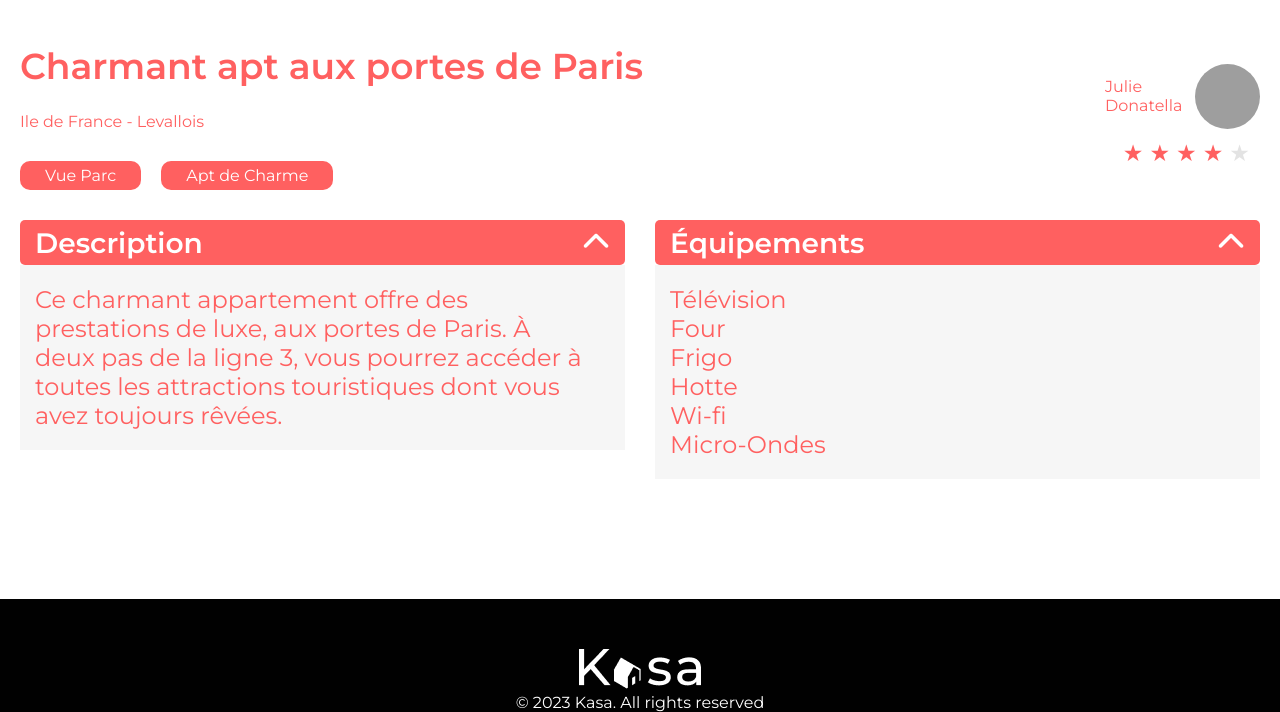
Repository: Ascaris29/Kasa_oc
Page: /logement/1e180563 (app in kasa_project/)
An editor plug-in stored every save of this project. The page is shown before and after the next save, followed by the edit.
The browser window is 1280 px wide. The pictures show the part of the page from y = 552 to 1264 px (the page is 1264 px tall).
Pictures or frames that could not be fetched are drawn as grey boxes. Some web libraries are served in a nearby version. The project was rebuilt for these pictures with package versions that can differ from the ones it lists, and the page was loaded fresh each time. Also part of the build but not shown: kasa_project/src/pages/404/404.module.scss, kasa_project/src/pages/404/404.js, kasa_project/src/pages/a_propos/APropos.module.scss, kasa_project/src/pages/a_propos/APropos.js, kasa_project/src/pages/homepage/Homepage.module.scss, kasa_project/src/pages/homepage/components/CardLogement.module.scss, kasa_project/src/pages/homepage/components/CardLogement.js, kasa_project/src/pages/homepage/Homepage.js.

Above is the page before, as saved 2023-03-18 16:33:06.

### kasa_project/public/index.html
<!DOCTYPE html>
<html lang="fr">
  <head>
    <meta charset="utf-8" />
    <link rel="icon" href="%PUBLIC_URL%/favicon.ico" />
    <meta name="viewport" content="width=device-width, initial-scale=1" />
    <meta name="theme-color" content="#000000" />
    <meta
      name="description"
      content="Web site created using create-react-app"
    />
    <link rel="apple-touch-icon" href="%PUBLIC_URL%/logo192.png" />
    <!--
      manifest.json provides metadata used when your web app is installed on a
      user's mobile device or desktop. See https://developers.google.com/web/fundamentals/web-app-manifest/
    -->

    <!----------------------------------------------------------- Fonts ----------------------------------------------------------------------->
    <link rel="preconnect" href="https://fonts.googleapis.com">
    <link rel="preconnect" href="https://fonts.gstatic.com" crossorigin>
    <link href="https://fonts.googleapis.com/css2?family=Montserrat:wght@400;500;600&family=Roboto&display=swap" rel="stylesheet">
    <!----------------------------------------------------------- Icons ----------------------------------------------------------------------->
    <script src="https://kit.fontawesome.com/e65359aae8.js" crossorigin="anonymous"></script>
    <!--
      Notice the use of %PUBLIC_URL% in the tags above.
      It will be replaced with the URL of the `public` folder during the build.
      Only files inside the `public` folder can be referenced from the HTML.

      Unlike "/favicon.ico" or "favicon.ico", "%PUBLIC_URL%/favicon.ico" will
      work correctly both with client-side routing and a non-root public URL.
      Learn how to configure a non-root public URL by running `npm run build`.
    -->
    <title>Kasa</title>
  </head>
  <body>
    <noscript>You need to enable JavaScript to run this app.</noscript>
    <div id="root"></div>
    <!--
      This HTML file is a template.
      If you open it directly in the browser, you will see an empty page.

      You can add webfonts, meta tags, or analytics to this file.
      The build step will place the bundled scripts into the <body> tag.

      To begin the development, run `npm start` or `yarn start`.
      To create a production bundle, use `npm run build` or `yarn build`.
    -->
  </body>
</html>

### kasa_project/src/index.js
import React from 'react';
import ReactDOM from 'react-dom/client';
import reportWebVitals from './reportWebVitals';
import './assets/styles/index.scss';
import { RouterProvider } from 'react-router-dom';
import { router } from "./router";

const root = ReactDOM.createRoot(document.getElementById('root'));
root.render(
  <React.StrictMode>
    <RouterProvider router={router} />
  </React.StrictMode>
);

// If you want to start measuring performance in your app, pass a function
// to log results (for example: reportWebVitals(console.log))
// or send to an analytics endpoint. Learn more: https://bit.ly/CRA-vitals
reportWebVitals();

### kasa_project/src/assets/styles/index.scss
@use './base';
@use './flex';
@use './mixins';
@use './utils';
@use './variables';

### kasa_project/src/router.js
import { createBrowserRouter } from 'react-router-dom';
import App from './App';
import Error404 from './pages/404/404';
import APropos from './pages/a_propos/APropos';
import Homepage from './pages/homepage/Homepage';
import FicheLogement from './pages/logement/FicheLogement';



export const router = createBrowserRouter([
    {
        path : "/",
        element : <App />,
        errorElement: <Error404 />,
        children : [
            {
                path : "/",
                element : <Homepage />
            } ,
            {
                path : "/homepage",
                element : <Homepage />
            },
            {
                path: "/apropos",
                element : <APropos />
            },
            {
                path: "/logement/:idUrl",
                element : <FicheLogement />
            },
        ],
    }
])

### kasa_project/src/assets/styles/_base.scss

*{
    box-sizing: border-box;
}

body{
    margin:0;
    padding:0;
    font-family: var(--montserrat);

}

p{
    margin:0;
}

li{
    list-style-type: none;

}

.link{
    color:var(--primary);
    font-size:18px;
}

.active{
    text-decoration:underline !important;
}
.list{
    display:none
}

### kasa_project/src/assets/styles/_flex.scss
.d-flex{
    display: flex;
}

.flex-column{
    flex-direction : column;
}

.flex-row{
    flex-direction: row;
}

.justify-center{
    justify-content: center;
}

.align-center{
    align-items: center;
}

.flex-fill{
    flex : 1 1 auto;
}

.justify-between{
    justify-content: space-between;
}

### kasa_project/src/assets/styles/_mixins.scss
@mixin xs{
    @media (max-width:576px){
        @content;
    }
}

@mixin sm{
    @media (min-width : 577px) and (max-width : 768px){
        @content;
    }
}

@mixin sm-lt{
    @media (max-width : 768px){
        @content;
    }
}

@mixin md{
    @media (min-width : 769px) and (max-width : 992px){
        @content;
    }
}

@mixin md-lt{
    @media (max-width : 992px){
        @content;
    }
}

@mixin lg{
    @media (min-width : 993px) and (max-width : 1200px){
        @content;
    }
}

@mixin lg-lt{
    @media (max-width : 1200px){
        @content;
    }
}

@mixin xl{
    @media (min-width : 1201px){
        @content;
    }
}

### kasa_project/src/assets/styles/_utils.scss
/*------------------------------------ General ------------------------------*/
.container{
    max-width:1200px;
    margin: auto;
    width:100%;
}
.card{

}
.calc{
    position:fixed;
    top:0;
    left:0;
    width:100%;
    height:100vh;
}

/*------------------------------------ Padding ------------------------------*/
.p-5{
    padding: 5px;
}
.p-10{
    padding:10px;
}
.p-20{
   padding:20px;
}
.p-30{
    padding:30px;
}
.p-40{
    padding:40px;
}
.p-50{
    padding:50px;
}

.p-b-5{
   padding-bottom: 5px;
}
.p-b-10{
   padding-bottom: 10px;
}
.p-b-20{
    padding-bottom: 20px;
}
.p-b-30{
    padding-bottom: 30px;
}
.p-b-40{
    padding-bottom: 40px;
}
.p-b-50{
    padding-bottom: 50px;
}


.p-t-5{
    padding-top: 5px;
}
.p-t-10{
    padding-top: 10px;
}
.p-t-20{
     padding-top: 20px;
}
.p-t-30{
     padding-top: 30px;
}
.p-t-40{
    padding-top: 40px;
}
.p-t-50{
    padding-top: 50px;
}


.p-l-5{
    padding-left: 5px;
}
.p-l-10{
    padding-left: 10px;
}
.p-l-20{
     padding-left: 20px;
}
.p-l-30{
     padding-left: 30px;
}
.p-l-40{
    padding-left: 40px;
}
.p-l-50{
    padding-left: 50px;
}



.p-r-5{
    padding-right: 5px;
}
.p-r-10{
    padding-right: 10px;
}
.p-r-20{
     padding-right: 20px;
}
.p-r-30{
     padding-right: 30px;
}
.p-r-40{
    padding-right: 40px;
}
.p-r-50{
    padding-right: 50px;
}


/*------------------------------------------------ Margin -------------------------------------------*/

.m-auto{
    margin:auto;
}
.m-5{
    margin: 5px;
}
.m-10{
    margin:10px;
}
.m-20{
   margin:20px;
}
.m-30{
    margin:30px;
}
.m-40{
    margin:40px;
}
.m-50{
    margin:50px;
}



.m-b-5{
    margin-bottom: 5px;
}
.m-b-10{
    margin-bottom: 10px;
}
.m-b-20{
    margin-bottom: 20px;
}
.m-b-30{
    margin-bottom: 30px;
}
.m-b-40{
    margin-bottom: 40px;
}
.m-b-50{
    margin-bottom: 50px;
}



.m-t-5{
    margin-top: 5px;
}
.m-t-10{
    margin-top: 10px;
}
.m-t-20{
     margin-top: 20px;
}
.m-t-30{
     margin-top: 30px;
}
.m-t-40{
    margin-top: 40px;
}
.m-t-50{
    margin-top: 50px;
}




.m-l-5{
    margin-left: 5px;
}
.m-l-10{
    margin-left: 10px;
}
.m-l-20{
     margin-left: 20px;
}
.m-l-30{
     margin-left: 30px;
}
.m-l-40{
    margin-left: 40px;
}
.m-l-50{
    margin-left: 50px;
}




.m-r-5{
    margin-right: 5px;
}
.m-r-10{
    margin-right: 10px;
}
.m-r-20{
     margin-right: 20px;
}
.m-r-30{
     margin-right: 30px;
}
.m-r-40{
    margin-right: 40px;
}
.m-r-50{
    margin-right: 50px;
}

### kasa_project/src/assets/styles/_variables.scss

/*----------------------------------------------------------------------------Color-----------------------------------------------------------------*/

:root{
    --primary: #FF6060;
    --grey1:#F6F6F6;
    --grey2: #E3E3E3;
    --grey3:#C4C4C4;
    --black: #010101;
    /*----------------------------------------------------------------------------Font-----------------------------------------------------------------*/
    --montserrat : 'Montserrat', sans-serif;
    --radius:25px;
}

### kasa_project/src/App.js
import Header from "./components/header/Header";
import Footer from "./components/footer/Footer";
import style from "./App.module.scss";
import { Outlet } from "react-router-dom";

function App() {
  return (
      <div className={`${style.app} d-flex flex-column`}>
        <Header />
          <Outlet />
        <Footer />
      </div>
  );
}

export default App;

### kasa_project/src/components/header/Header.js
import image from "../../assets/images/logo_header.png";
import style from "./Header.module.scss";
import { Link, NavLink } from "react-router-dom";

export default function Header(){
    return (
        <header className={`${style.header} d-flex justify-between align-center`}>
            <Link className={`${style.headerIcon}`} to="/homepage">
                <img src={image} alt="logo du site Kasa representant une maison"/>
            </Link>
            <div className={`${style.headerNav}`}>
                <ul className="d-flex">
                    <NavLink
                    className={`${style.headerItems} m-r-30`}
                    to="/homepage"
                    end
                    >
                    Accueil
                    </NavLink>
                    <NavLink
                    className={`${style.headerItems}`}
                    to="/apropos"
                    >
                    A Propos
                    </NavLink>
                </ul>
            </div>
        </header>
    )
}

### kasa_project/src/components/footer/Footer.js
import style from "./Footer.module.scss";
import image from "../../assets/images/logo_footer.png";

export default function Footer(){
    return (
        <footer className={`${style.footer} d-flex p-t-50 flex-column justify-center align-center`}>
            <div className={`${style.footerLogo} `}>
                <img src={image} alt="" />
            </div>
            <div className="footerText">
                <p>© 2023 Kasa. All rights reserved</p>
            </div>
        </footer>
    )
}

### kasa_project/src/App.module.scss
.app{
    min-height:100vh;
}

### kasa_project/src/pages/a_propos/components/carddescription/CardDescription.js
import style from "./CardDescription.module.scss";
import { useState } from "react";

export default function CardDescription({title, text, classNameCard}){

    const [isHidden, setIsHidden] = useState(false);

    function handleShowCardHidden(){
        setIsHidden(!isHidden);
    }

    return (
            <div className={`${style.cardDescriptionCard} ${classNameCard}`}>
                <h3 className={`${style.cardDescriptionTitle} d-flex justify-between`} onClick={handleShowCardHidden}>{title}<i className={ isHidden ? `${style.cardDescriptionIcon} fa-solid fa-chevron-down` : " fa-solid fa-chevron-up"} onClick={handleShowCardHidden}></i></h3>
                <div className={isHidden ? `${style.cardDescriptionHidden}` :`${style.cardDescriptionShow}`}>{text}</div>
            </div>
    )
}

### kasa_project/src/pages/logement/FicheLogement.module.scss
@use "../../assets/styles/mixins" as mixin;


.fichelogement{
    max-width:1240px;
    margin:auto;
    padding-top:30px;
    padding-bottom:100px;
    color:var(--primary);
    @include mixin.lg-lt{
        margin:20px;
    }
    .fichelogementBackground{
        width:100%;
        height:400px;
        max-width:100%;
        border-radius:var(--radius);
        position:relative;
        @include mixin.xs{
            height:300px;
        }
    }
    .fichelogementContent{
        margin-top:20px;
        display:flex;
        flex-direction:column;

        .fichelogementDescription{
            display: flex;
            flex-direction: row;
            align-items:center;
            justify-content: space-between;
            @include mixin.lg-lt{
                flex-direction: column;
                align-items:start;
                justify-content: space-between;
            }
            .fichelogementTitle{
                font-size:36px;
            }

            .fichelogementTags{
                margin-top:30px;
                display:flex;
                flex-direction:row;
                @include mixin.xs{
                    flex-direction: column;
                    gap:20px;

                }
            }
        }

        .fichelogementEnTete{
            display:flex;
            flex-direction:column;
            align-items:center;
            margin-top:20px;
            @include mixin.lg-lt{
                flex-direction: row-reverse;
                align-items:center;
                justify-content: space-between;
                width:100%;
            }
            .fichelogementPhotoIdentite{
                width:65px;
                height:65px;
                border-radius:50%;
                object-fit:cover;
                img{
                    width:100%;
                    height:100%;
                }
            }
            .fichelogementStars{
                padding-right:10px;
                font-size:18px;
                margin-top:10px;
                margin-left:auto;
                @include mixin.lg-lt{
                    margin:0;
                }
            }
            .fichelogementIdentity{
                p{
                    width:90px;
                }
                @include mixin.lg-lt{
                    flex-direction: row;
                }
            }
        }
    }
    .fichelogementBlocs{
        display:flex;
        gap:30px;
        padding-top:30px;
        @include mixin.md-lt{
            flex-direction:column;
        }
        .fichelogementCard{
            width: calc(100%/2);
            @include mixin.md-lt{
                width:100%;
            }
        }
    }
}

### kasa_project/src/pages/logement/components/tags/Tags.js
import style from "./Tags.module.scss";


export default function Tags({text}){
    return (
        <p className={`${style.Tags} d-flex`}>
           {text}
        </p>
    )
}

### kasa_project/src/pages/logement/components/Ratings/Ratings.js
import style from "./Ratings.module.scss";

export default function Ratings({note}){
    switch(note){
        case ("1") :
        return (
                <p className={`${style.fichelogementStars}`}><span className={`${style.starsColored}`}>★</span> ★ ★ ★ ★</p>
            )
            ;
        case("2") :
            return (
                <p className={`${style.fichelogementStars}`}><span className={`${style.starsColored}`}> ★ ★ </span> ★ ★ ★</p>
            )
        case ("3") :
                return (
                    <div>
                        <p className={`${style.fichelogementStars}`}><span className={`${style.starsColored}`}>★ ★ ★ </span> ★ ★</p>
                    </div>

                )
        case ("4") :
                return (
                    <p className={`${style.fichelogementStars}`}><span className={`${style.starsColored}`}>★ ★ ★ ★</span> ★ </p>
                )
        case ("5") :
                return (
                    <div>
                        <p className={`${style.fichelogementStars}`}><span className={`${style.starsColored}`}>★ ★ ★ ★ ★ </span></p>
                    </div>
                )
        default :
            return null
    }
}

### kasa_project/src/components/header/Header.module.scss
@use "../../assets/styles/mixins" as mixin;

.header{
    max-width:1240px;
    margin:auto;
    width:100%;
    padding:50px 30px 0 30px;
    .headerIcon{
        img{
            width:210px;
            height:68px;
            @include mixin.sm-lt{
                width:145px;
                height:47px;
            }
            @include mixin.xs{
                width:99px;
                height:35px;
            }
        }
    }

}
/*sorti de la classe header car sinon je ne peux pas mettre de classe active dessus*/
.headerItems{
    color:var(--primary);
    text-decoration:none;
    cursor:pointer;
    font-size:24px;
    @include mixin.sm-lt{
        font-size:20px;
    }
    @include mixin.xs{
        font-size:15px;
    }
}

### kasa_project/src/components/footer/Footer.module.scss
.footer{
    background-color:var(--black);
    color:white;
    .footerLogo{
        img{
            width:122px;
            height:40px;
        }
    }
}

### kasa_project/src/pages/a_propos/components/carddescription/CardDescription.module.scss
@use "../../../../assets/styles/mixins" as mixin;

        .cardDescriptionCard{
            padding-bottom:20px;
            border-radius:5px;
            font-size:24px;
            gap:20px;
            transition: 2s display;
            .cardDescriptionTitle{
                background-color:var(--primary);
                height:45px;
                display:flex;
                align-items:center;
                padding: 0 15px;
                color:white;
                border-radius:5px;
                margin:0;
                cursor:pointer;
            }
            .cardDescriptionHidden{
                display:none;
                padding: 20px 30px 20px 15px;
            }
            .cardDescriptionShow{
                padding: 20px 30px 20px 15px;
                display:block;
                color:var(--primary);
                background-color:var(--grey1);
            }
            .cardDescriptionIcon{
                cursor:pointer;
            }

        }

### kasa_project/src/pages/logement/components/tags/Tags.module.scss
.Tags{
    background-color:var(--primary);
    color:white;
    margin-right:20px;
    padding:5px 25px;
    border-radius: 10px;
}

### kasa_project/src/pages/logement/components/caroussel/Caroussel.module.scss
@use "../../../../assets/styles/mixins" as mixin;

    .carousselImage{
        width:100%;
        height:100%;
        object-fit:cover;
        display:block;
        border-radius:var(--radius);
        position:absolute;
    }
    .chevronLeft{
        position:absolute;
        top:50%;
        left:0;
        font-size:50px;
        color:white;
        transform:translate(0%, -50%);
        margin-left:15px;
        cursor:pointer;
    }
    .chevronRight{
        position:absolute;
        top:50%;
        right:0;
        font-size:50px;
        color:white;
        transform:translate(0%, -50%);
        margin-right:15px;
        cursor:pointer;
    }
    .indexShow{
        position:absolute;
        color:white;
        bottom:0;
        left:50%;
        font-weight:600;
        margin-bottom:10px;
    }

### kasa_project/src/pages/logement/components/Ratings/Ratings.module.scss
@use "../../../../assets/styles/mixins" as mixin;

.fichelogementStars{
    padding-right:10px;
    font-size:23px;
    margin-top:10px;
    margin-left:auto;
    color:var(--grey2);
    @include mixin.lg-lt{
        margin:0;
    }
    .starsColored{
        color:var(--primary);
    }
}

Loaded but not shown: kasa_project/src/reportWebVitals.js (common file); kasa_project/src/data/Data.js (620 lines, source omitted); kasa_project/src/pages/logement/FicheLogement.js (53 lines, source omitted); kasa_project/src/pages/logement/components/caroussel/Caroussel.js (46 lines, source omitted)

After the next save:
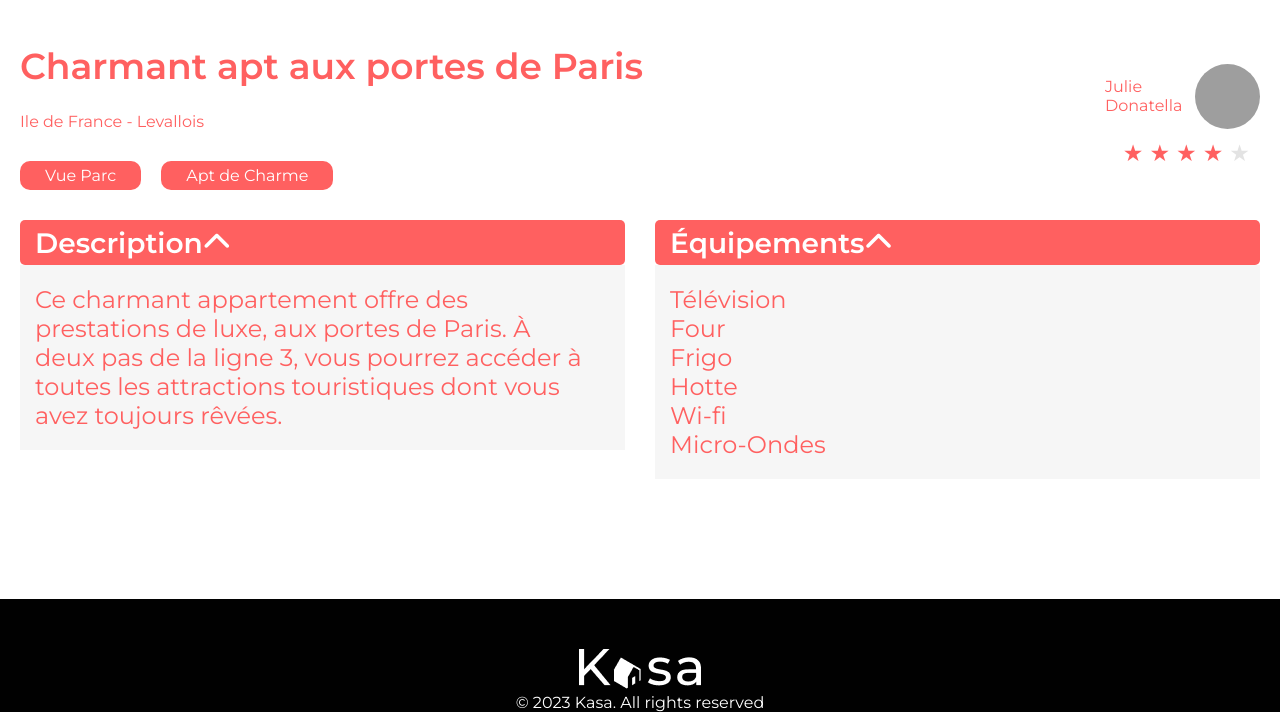
Saved 2 min 11 s later.
--- a/kasa_project/src/pages/a_propos/components/carddescription/CardDescription.js
+++ b/kasa_project/src/pages/a_propos/components/carddescription/CardDescription.js
@@ -11,7 +11,7 @@ export default function CardDescription({title, text, classNameCard}){
 
     return (
             <div className={`${style.cardDescriptionCard} ${classNameCard}`}>
-                <h3 className={`${style.cardDescriptionTitle} d-flex justify-between`} onClick={handleShowCardHidden}>{title}<i className={ isHidden ? `${style.cardDescriptionIcon} fa-solid fa-chevron-down` : " fa-solid fa-chevron-up"} onClick={handleShowCardHidden}></i></h3>
+                <h3 className={`${style.cardDescriptionTitle}`} onClick={handleShowCardHidden}>{title}<i className={ isHidden ? `${style.cardDescriptionIcon} fa-solid fa-chevron-down` : " fa-solid fa-chevron-up"} onClick={handleShowCardHidden}></i></h3>
                 <div className={isHidden ? `${style.cardDescriptionHidden}` :`${style.cardDescriptionShow}`}>{text}</div>
             </div>
     )

After the 2 saves that followed:
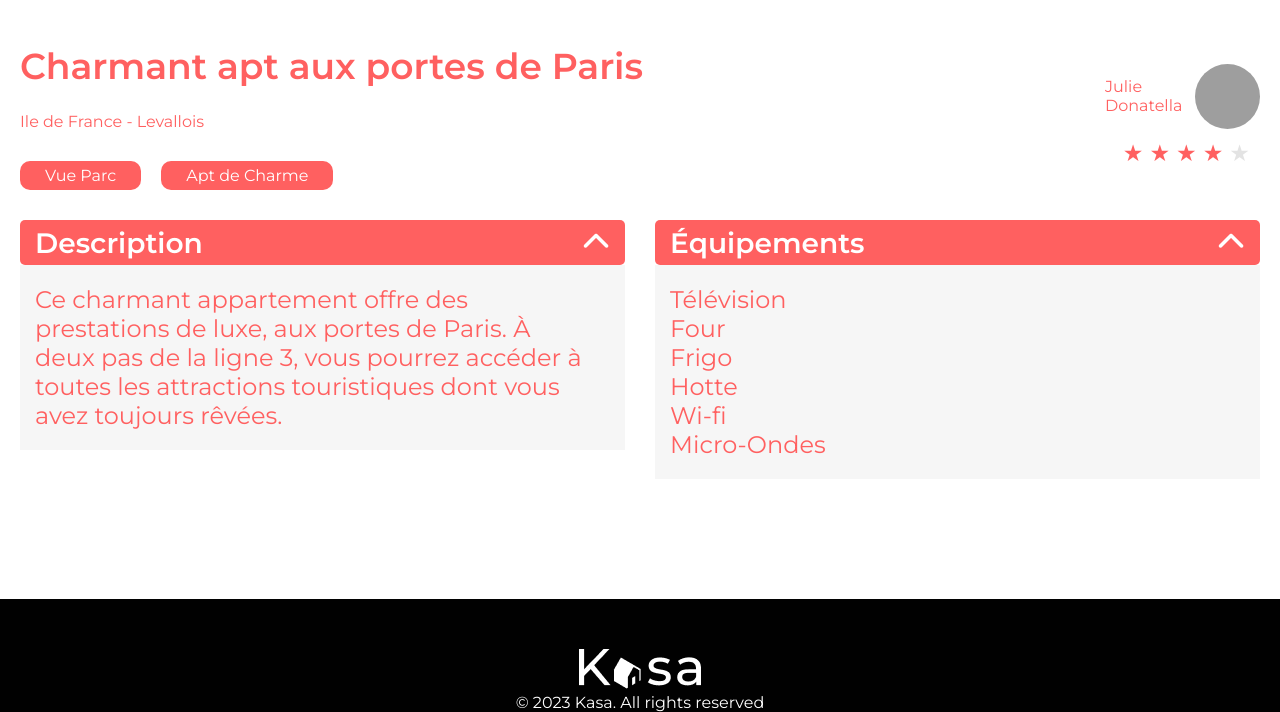
The 2 saves are shown as one change because they came seconds apart.
The last was saved 12 s later.
--- a/kasa_project/src/pages/a_propos/components/carddescription/CardDescription.module.scss
+++ b/kasa_project/src/pages/a_propos/components/carddescription/CardDescription.module.scss
@@ -13,6 +13,7 @@
                 align-items:center;
                 padding: 0 15px;
                 color:white;
+                justify-content: space-between;
                 border-radius:5px;
                 margin:0;
                 cursor:pointer;
